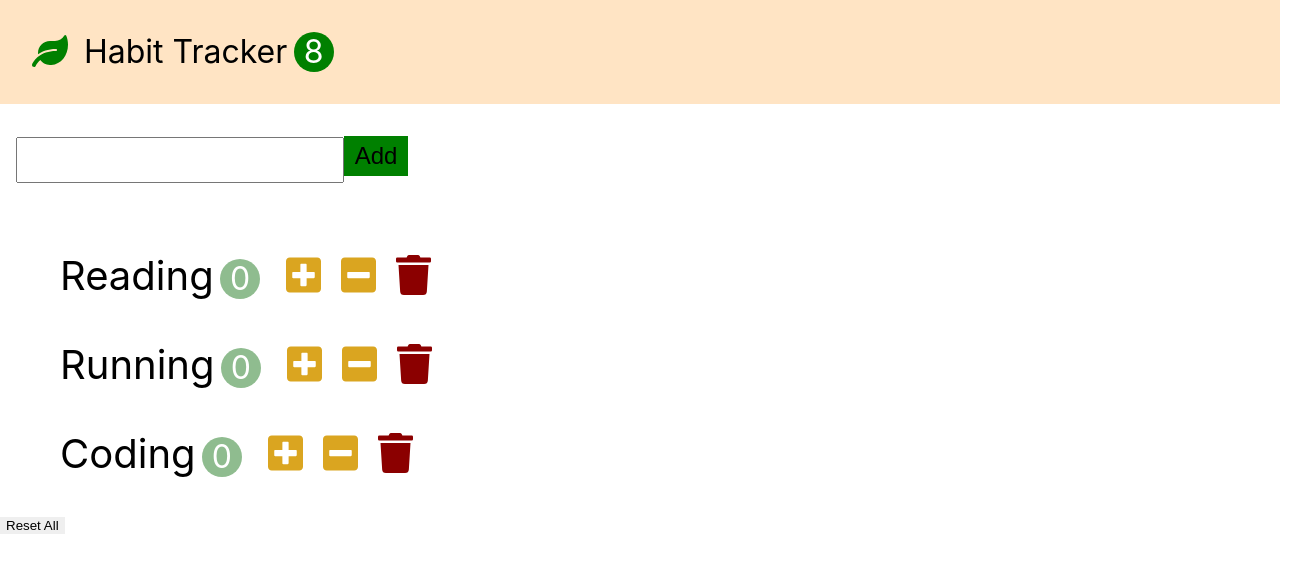
Repository: keehoonjung/react-habit-tracker
Page: / (app in react/habit-tracker/)
These files come from the project's save history. The page is drawn as it stood at one moment and after a run of saves; the edit follows.
The browser window is 1280 px wide. The page is 1312 px wide, so the pictures cover 1312 px, including what lies to the right of the window. The pictures show the whole page.
The project was rebuilt for these pictures with package versions that can differ from the ones it lists, and the page was loaded fresh each time.

Above is the page before, as saved 2021-08-30 18:36:53.

After the next 2 saves:
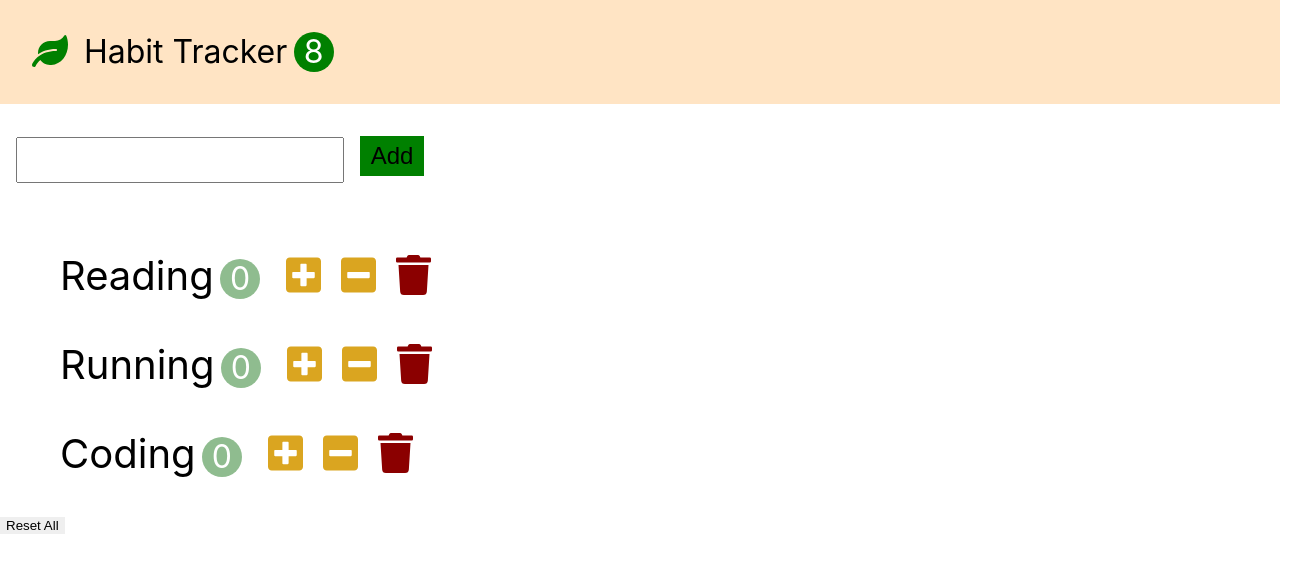
The 2 saves are shown as one change because they came seconds apart.
The last was saved 11 s later.
--- a/react/habit-tracker/src/app.css
+++ b/react/habit-tracker/src/app.css
@@ -43,6 +43,7 @@ button {
   font-size: 1.5rem;
   height: 2.5rem;
   width: 4rem;
+  margin-left: 1rem;
   background-color: green;
 }
 
